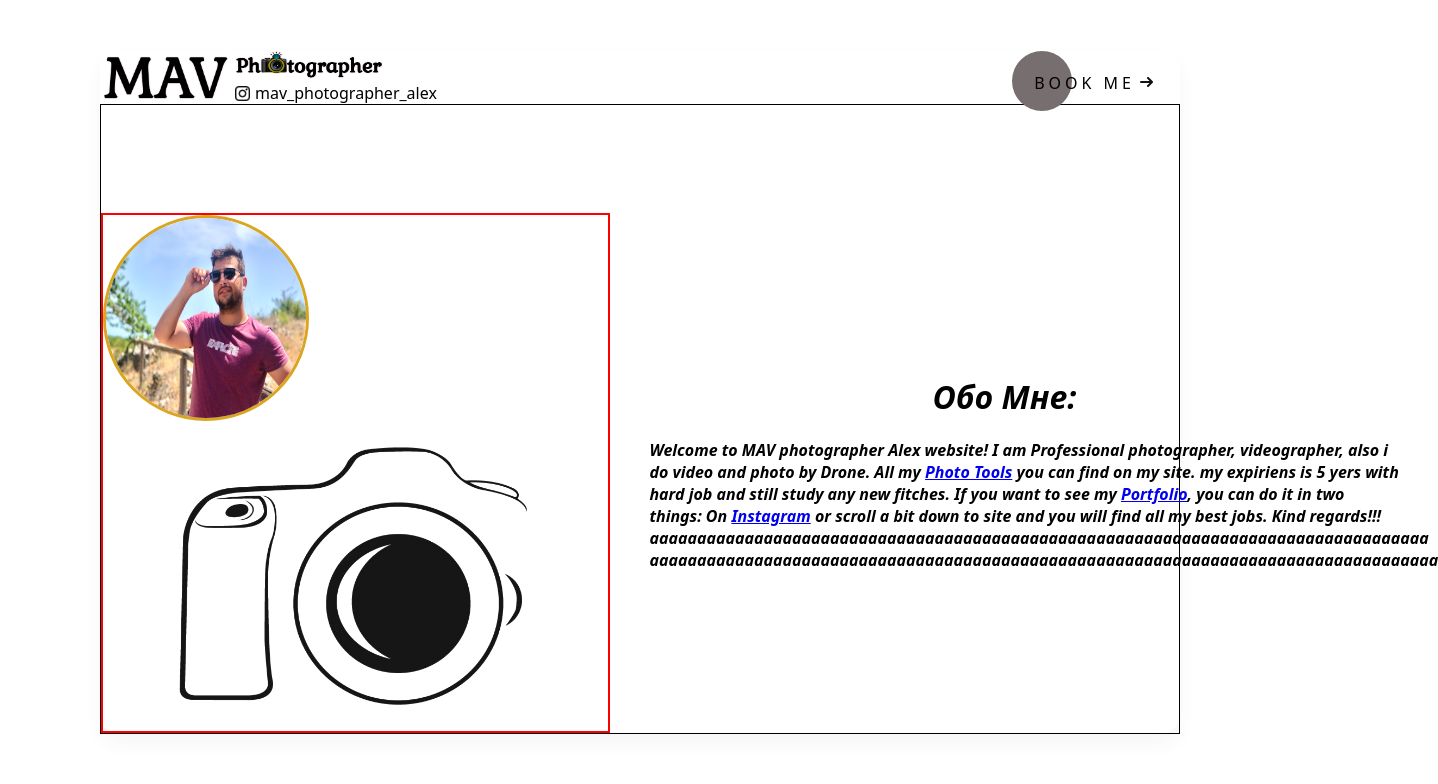
Repository: Dekabrist94/MAV
Page: /
The author's editor kept a copy of each file at every save. The page is drawn from the files as they stood at one save, then again after the next save.
The browser window is 1280 px wide. The page is 1438 px wide, then 1280 px, so the pictures cover 1438 px, including what lies to the right of the window. The pictures show the whole page.
The project was rebuilt for these pictures with package versions that can differ from the ones it lists, and the page was loaded fresh each time.

Above is the page before, as saved 2023-02-28 22:06:23.

After the next save:
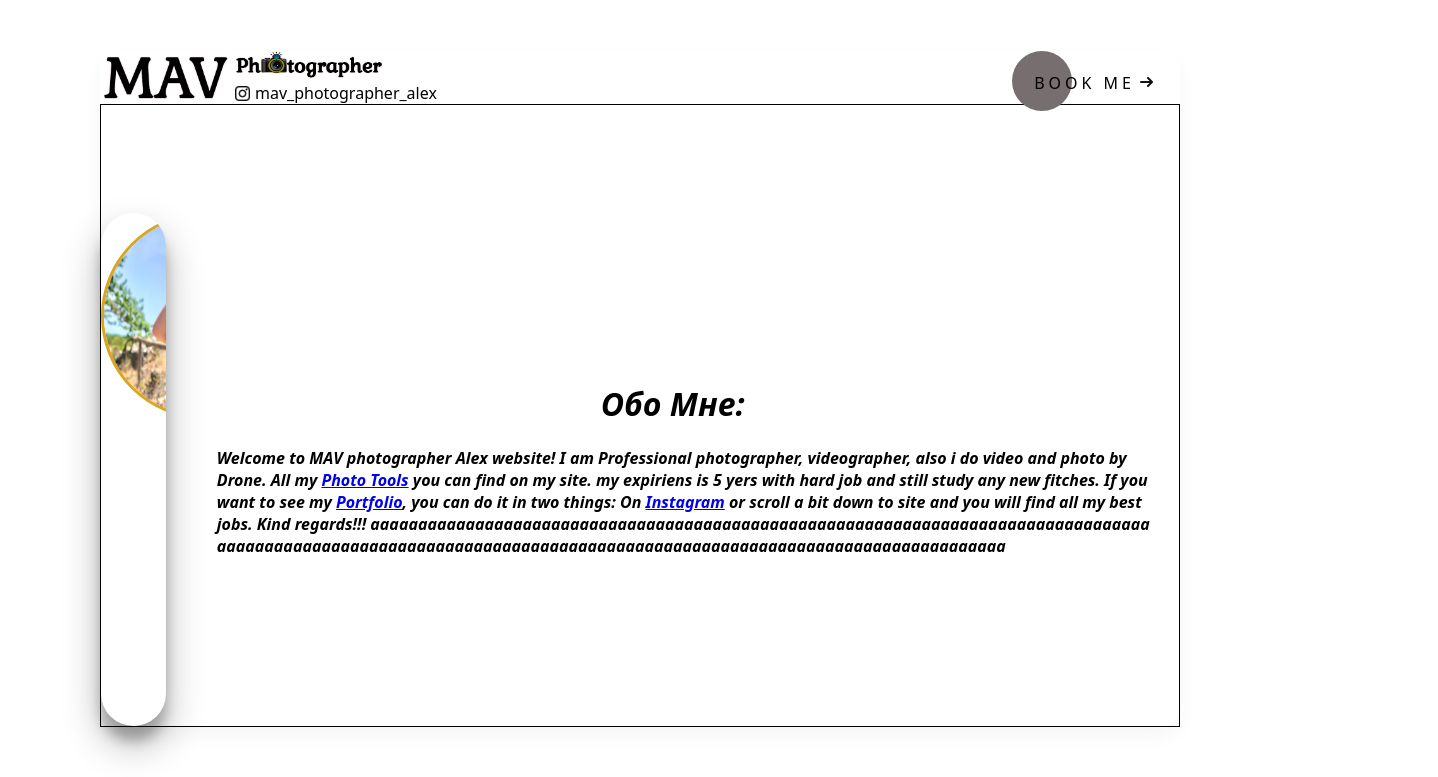
Saved 104 s later.
--- a/src/index.scss
+++ b/src/index.scss
@@ -50,7 +50,13 @@
   justify-content: space-between;
 }
 .proba {
-  border: 2px red solid;
+  border-radius: 255px;
+  box-shadow: 0 19px 38px rgb(0 0 0 / 30%), 0 15px 12px rgb(0 0 0 / 22%);
+  height: 513px;
+  overflow: hidden;
+  position: relative;
+  width: 290px;
+  z-index: 2;
 }
 .camera {
   z-index: 0;
